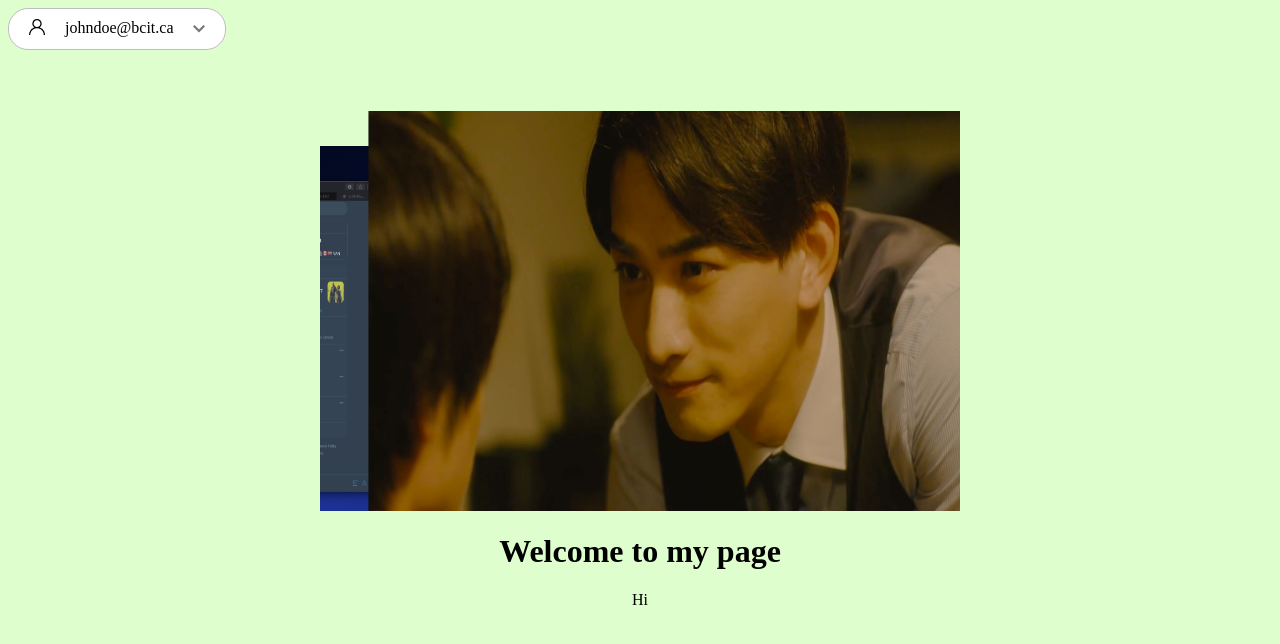
Repository: yafugray/practicemdia3126
Page: /
These files come from the project's save history. The page is drawn as it stood at one moment and after the next save; the edit follows.
The browser window is 1280 px wide. The pictures show the whole page.
The project was rebuilt for these pictures with package versions that can differ from the ones it lists, and the page was loaded fresh each time. The framework's server and built-in components were replaced by stand-ins that run in the browser.

Above is the page before, as saved 2020-12-19 00:34:10.

### pages/index.js
import React, {useState} from 'react';
import Menu from '../comps/Menu'
import Content from '../comps/Content'

export default function Home() {

  const [contentColor, setContentColor] = useState(false);
  const [contentImage, setContentImage] = useState(false);

  const HandleMenu = (str) =>{
    // capture what happened in the menu and change the page state based on it
      alert(str);
      if(str==="bg") {
        setContentColor("#DCA877");
      }
      if(str==="img") {
        setContentImage("none")
      }
  }
  return <div className="home">

    <div className="content">
      <Content bgcolor={contentColor} bgimg={contentImage}>
        <h1>Welcome to my page</h1>
        <div>Hi</div>
      </Content>
    </div>

    <div className="menu">
      <Menu onMenuSelect={HandleMenu} />
    </div>
  </div>
}

### pages/app.scss
// body {
//     background-color: aquamarine;
// }

//you can make a global variable. then you can use it into index.scss. you don't want to messup, so you should use it.
$fs:20px;

//you know, you have to put this flex box so many times over and over again, but if you make it global with @mixin and function name -> then include it in index.scss, then it works.
//this can reduce amount of your writing codes and length.
@mixin flexIt{
    display: flex;
    justify-content: center;
    align-items: center;
}

@import './index.scss';
// it helps you make better usable style.

### comps/Menu/index.js

import React, {useState, useEffect} from 'react';
import styled from 'styled-components';
//useEffect - beginning lifecycle, update the lifecycle and end the lifecycle

const Container = styled.div`
    display:inline-flex;
    flex-direction:column;
`;
const DropDownMenu = styled.div`
    border: 1px solid #BDBDBD;
    box-sizing: border-box;
    border-radius: 20px;
    display:inline-flex;
    justify-content:center;
    align-items:center;
    cursor:pointer;
    background-color: #FFF;
    transition:background-color 0.5s;
    &:hover{
        background-color:#DDD;
    }
`;

const DropDownBox = styled.div`
    width:100%;
    padding:10px;
    display:flex;
    div {
        margin:0 10px;

    }
`;

const Expand = styled.div`
    background: #FFFFFF;
    border: 1px solid #EAEAEA;
    box-sizing: border-box;
    box-shadow: 5px 0px 18px rgba(0, 0, 0, 0.08);
    display:${props=>props.expanded ? "inline-flex" : "hidden" };
    height:${props=>props.expanded ? "auto" : "0px" };
    font-size:${props=>props.expanded ? "18px" : "0px" };
    opacity:${props=>props.expanded ? 1 : 0 };
    transition:opacity 0.5s;
    flex-direction:column;
    margin-top:10px;
    div{
        padding:${props=>props.expanded ? "10px 15px" : "0px" };
        margin:${props=>props.expanded ? "5px 0" : "0px" };
        cursor: pointer;
        &:hover {
            background-color:#DDD;
        }
    }
`;

const ExpandedIcon = styled.img`
transition: transform 0.3s;
    transform: ${props=>props.expanded ? "rotate(180deg)" : "none"};
`;

const Menu = ({expand, onMenuSelect}) =>{
    //when you useState, if you put expand instead of 'false', it will be working only once.
    const [expanded, setExpanded] = useState(false);

    // when our components have configuration changed
    //But if you use useEffect, you can use expand instead of 'false' and it will be working repeatedely.
    useEffect(()=>{
        setExpanded(expand);
    },[expand])

    return <Container>
        <DropDownMenu onClick={()=> (
            setExpanded(!expanded)
            //click -> true
            //click -> false(default, start)
        )}>
            <DropDownBox>
                <div><img src='/profile.png'></img></div>
                <div>johndoe@bcit.ca</div>
                <div><ExpandedIcon src="/expand.png" expanded={expanded}/></div>
            </DropDownBox>
        </DropDownMenu>

        <Expand expanded={expanded}>
            <div onClick={()=>{
                onMenuSelect("bg");
            }}>Change BG Color</div>
            <div onClick={()=>{
                onMenuSelect("img");
            }}>Change BG Image</div>
            <div onClick={()=>{
                onMenuSelect("help");
            }}>Help</div>
        </Expand>
    </Container>
}

 Menu.defaultProps = {
    expand:false
 }

 export default Menu;

 //step 1, Setup
 //step 2, style it out
 //step 3, figure out the state that style associated
 //step 4, make it configure
 //step 5, work on the pages and build the layout
 //step 6, use interactions to make components to pass information to the pages. e.g. onclick is the interactions, and it will excute 'onMenuSelect' function and will go through the pages and tell them with 'str'. if str === bg or img or help, it will take an motion based on it.

### comps/Content/index.js
import React from 'react';
import styled from 'styled-components';
//useEffect - beginning lifecycle, update the lifecycle and end the lifecycle


const Container = styled.div`
    width:100%;
    height:100%;
    background-color:${props=>props.bgcolor ? props.bgcolor : "#DEFECD"};
    min-height:10px;
    min-height:10px;
`;

const ImgContainer = styled.img`
    width:50%;
    height:50%;
    min-height:400px;
    flex:
`;

const Content = ({children, bgcolor, bgimg}) => {
    return <Container bgcolor={bgcolor}>
            <ImgContainer src="/maho.png"></ImgContainer>
            {children}
    </Container>
}

Content.defaultProps = {
    bgcolor:"#DEFECD",
    bgimg:"src(/cherry.png)"
}

export default Content;

### pages/index.scss
.home {
    .menu {
        position: relative;
        z-index: 2;
    }
    .content {
        position:fixed;
        left:0;
        top:0;
        width: 100vw;
        height: 100vh;
        z-index: -1;

        &>div{
            @include flexIt();
            flex-direction:column;
        }
    }
}

Loaded but not shown: pages/_app.js (common file)

After the next save:
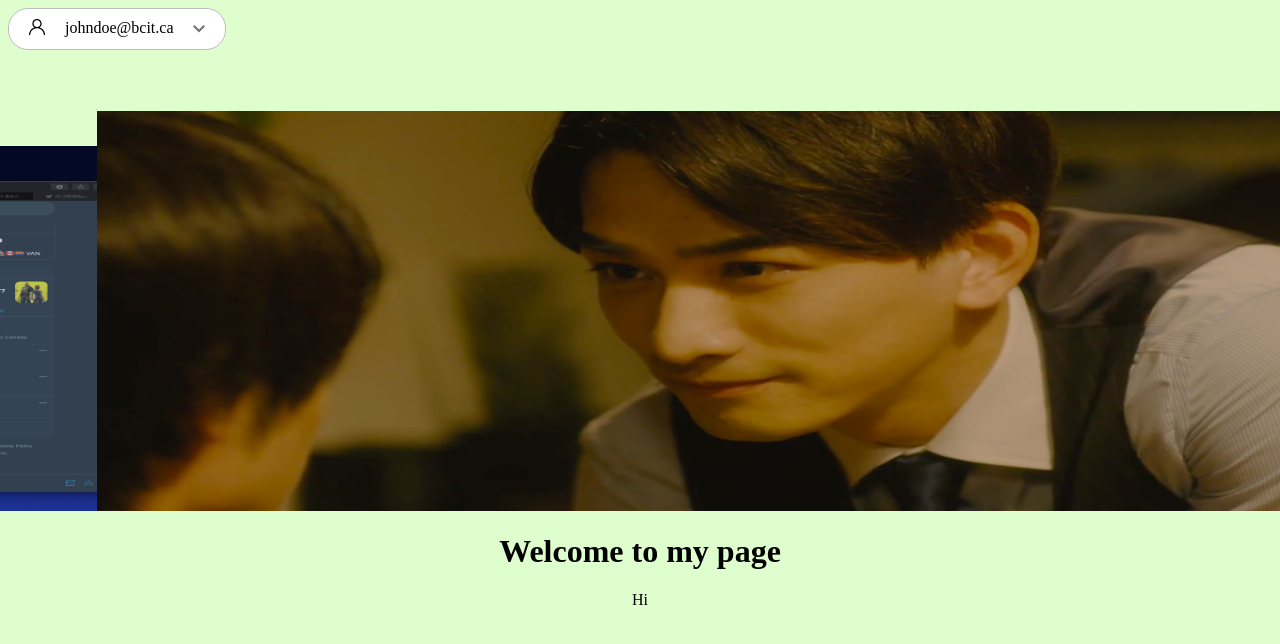
Saved 8 s later.
--- a/comps/Content/index.js
+++ b/comps/Content/index.js
@@ -12,7 +12,7 @@ const Container = styled.div`
 `;
 
 const ImgContainer = styled.img`
-    width:50%;
+    width:100%;
     height:50%;
     min-height:400px;
     flex:
